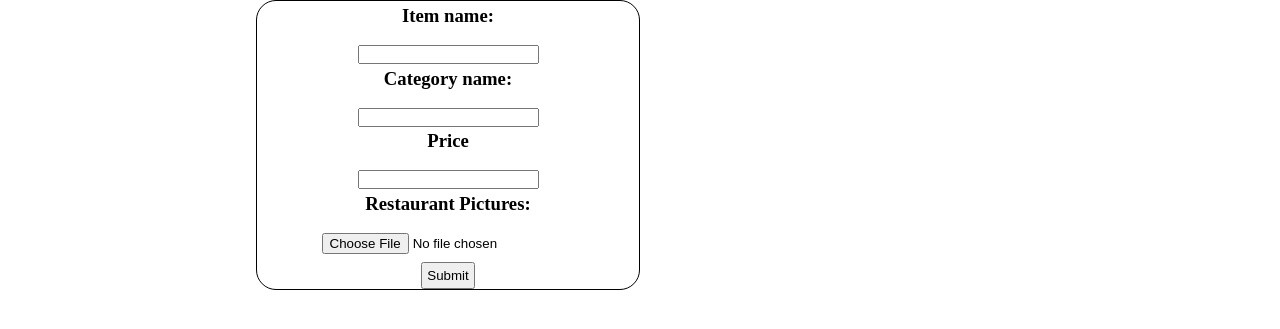
Repository: jatannoury/Ecommerce-Laravel-Electron
Page: Admin-electron/src/HTML/add_item.html
The author's editor kept a copy of each file at every save. The page is drawn from the files as they stood at one save, then again after the next save.
The browser window is 1280 px wide. The pictures show the whole page.

Above is the page before, as saved 2022-06-10 22:56:41.

After the next save:
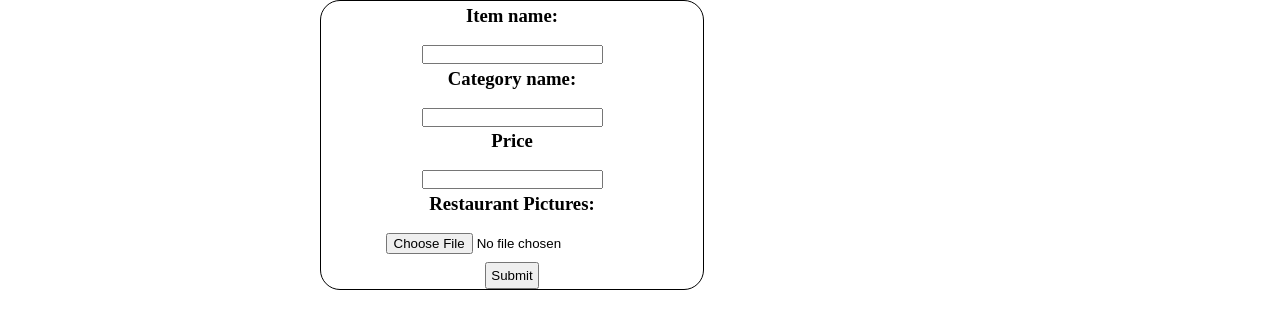
Saved 6 s later.
--- a/Admin-electron/src/CSS/styles.css
+++ b/Admin-electron/src/CSS/styles.css
@@ -37,5 +37,5 @@ form {
     border-radius: 20px;
     width:30%;
     text-align: center;
-    margin-left: 20%;
+    margin-left: 25%;
 }
